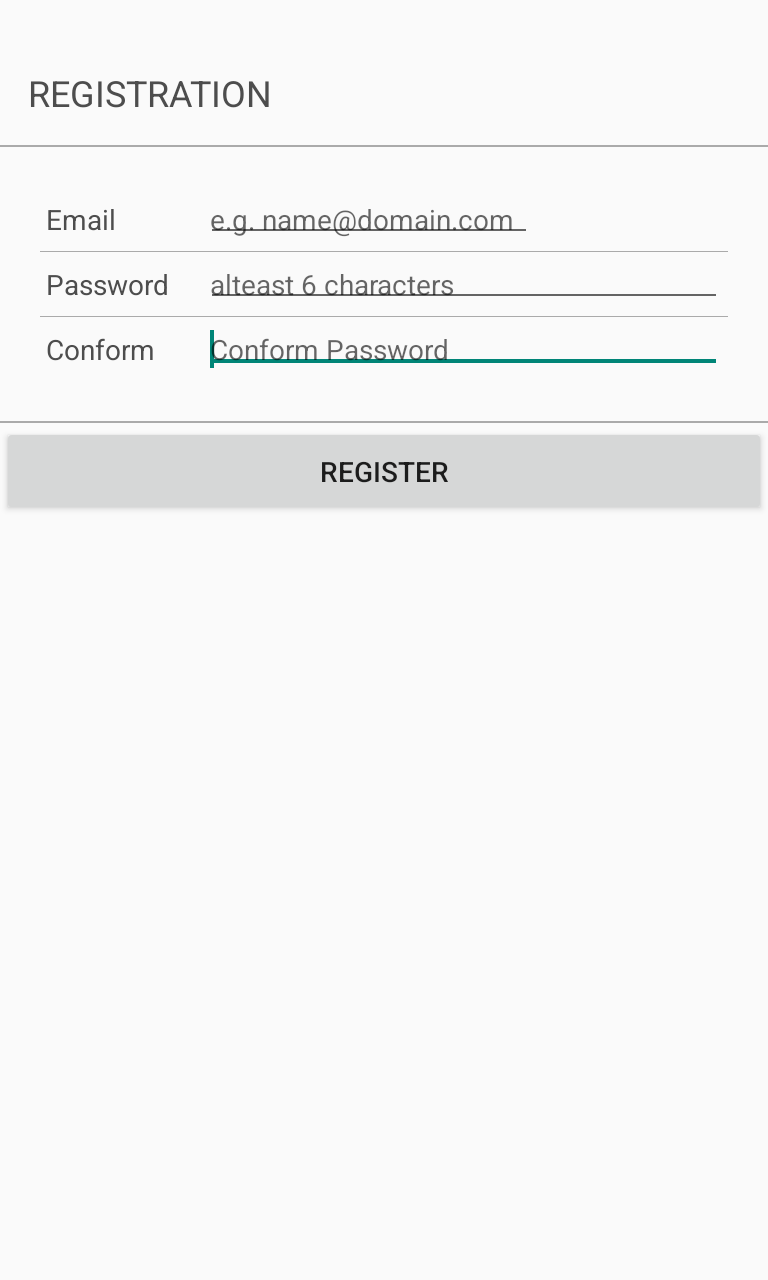
Repository: lMayuraDevani/BrentBrown
Layout: BrentBrown/res/layout/register.xml
An editor plug-in stored every save of this project. The layout is shown before and after the next save, followed by the edit.
It is drawn on a 768 x 1280 px phone screen (xhdpi) without system bars, with theme AppTheme; the app's code is not run.

Above is the layout before, as saved 2014-11-12 09:32:49.

### BrentBrown/res/layout/register.xml
<?xml version="1.0" encoding="utf-8"?>
<LinearLayout xmlns:android="http://schemas.android.com/apk/res/android"
    android:layout_width="match_parent"
    android:layout_height="match_parent"
    android:orientation="vertical" >


    <TextView
        android:id="@+id/textView1"
        android:layout_width="wrap_content"
        android:layout_height="wrap_content"
        android:layout_marginTop="20dp"
        android:padding="14dp"
        android:text="@string/registration_lable"
        android:textColor="@color/dark_gray_for_front"
        android:textAppearance="?android:attr/textAppearanceMedium" />


    <View
	   android:layout_width="fill_parent"
	   android:layout_height="1dp"
	   android:background="@android:color/darker_gray" />

    <LinearLayout
                android:layout_width="fill_parent"
                android:layout_height="wrap_content"
                android:padding="20dp"
                android:orientation="vertical" >

      <LinearLayout
                android:layout_width="fill_parent"
                android:layout_height="wrap_content"
                android:padding="2dp"
                android:orientation="horizontal" >

                <TextView
                    android:id="@+id/emaillbl"
                    android:layout_width="80dp"
                    android:layout_height="wrap_content"
                    android:layout_gravity="center"
                    android:padding="01dp"
                    android:text="Email"
                    android:textColor="@color/dark_gray_for_front"
                    android:textAppearance="?android:attr/textAppearanceSmall" />

                <EditText
                    android:id="@+id/emailtxt"
                    android:layout_width="wrap_content"
                    android:layout_height="wrap_content"
                    android:ems="10"
                    android:hint="e.g. name@domain.com"
                    android:padding="3dp"
                    android:textColor="@android:color/darker_gray"
                    android:textAppearance="?android:attr/textAppearanceSmall"
                    >

                    <requestFocus />
                </EditText>
            </LinearLayout>

       <View
	   android:layout_width="fill_parent"
	   android:layout_height="0.25dp"
	   android:padding="1dp"
	   android:background="@android:color/darker_gray" />

      <LinearLayout
                android:layout_width="fill_parent"
                android:layout_height="wrap_content"
                android:padding="2dp"
                android:orientation="horizontal" >

                <TextView
                    android:id="@+id/pass"
                    android:layout_width="80dp"
                    android:layout_height="wrap_content"
                    android:layout_gravity="center"
                    android:padding="01dp"
                    android:text="Password"
                    android:textColor="@color/dark_gray_for_front"
                    android:textAppearance="?android:attr/textAppearanceSmall" />

                  <EditText
                    android:id="@+id/passwordtxt"
                    android:layout_width="match_parent"
                    android:layout_height="wrap_content"
                    android:ems="10"
                    android:hint="alteast 6 characters"
                    android:inputType="textPassword"
                    android:padding="3dp"
                    android:textAppearance="?android:attr/textAppearanceSmall"
                    android:textColor="@android:color/darker_gray" >

                    <requestFocus />
                </EditText>
            </LinearLayout>

      <View
	   android:layout_width="fill_parent"
	   android:layout_height="0.25dp"
	   android:padding="1dp"
	   android:background="@android:color/darker_gray" />

            <LinearLayout
                android:layout_width="fill_parent"
                android:layout_height="wrap_content"
                android:padding="2dp"
                android:orientation="horizontal" >

                <TextView
                    android:id="@+id/conformpass"
                    android:layout_width="80dp"
                    android:layout_height="wrap_content"
                    android:layout_gravity="center"
                    android:padding="01dp"
                    android:text="Conform"
                    android:textColor="@color/dark_gray_for_front"
                    android:textAppearance="?android:attr/textAppearanceSmall" />

                <EditText
                    android:id="@+id/cpasswordtxt"
                    android:layout_width="match_parent"
                    android:layout_height="wrap_content"
                    android:ems="10"
                    android:hint="Conform Password"
                    android:inputType="textPassword"
                    android:padding="3dp"
                    android:textAppearance="?android:attr/textAppearanceSmall"
                    android:textColor="@android:color/darker_gray" >

                    <requestFocus />
                </EditText>
            </LinearLayout>
      </LinearLayout>

     <View
	   android:layout_width="fill_parent"
	   android:layout_height="1dp"
	   android:background="@android:color/darker_gray" />

       <Button
                android:id="@+id/register"
                android:layout_width="fill_parent"
                android:layout_height="wrap_content"
                android:layout_below="@+id/login"
                android:text="Register" />

</LinearLayout>

### BrentBrown/res/values/styles.xml
<resources xmlns:android="http://schemas.android.com/apk/res/android">

    <style name="AppBaseTheme" parent="Theme.AppCompat"></style>

    <!-- Application theme. -->
    <style name="AppTheme" parent="AppBaseTheme">
        <item name="actionBarStyle">@style/CustomizedActionbar</item>
        <item name="actionBarTabStyle">@style/CustomizedActionbarTabs</item>
        <item name="android:actionBarStyle">@style/CustomizedActionbar</item>
        <item name="android:actionBarTabStyle">@style/CustomizedActionbarTabs</item>
    </style>

    <!-- ActionBar styles -->
    <style name="CustomizedActionbar" parent="@style/Widget.AppCompat.ActionBar">
        <item name="android:background">@color/ActionBarColor</item>

        <!-- Support library compatibility -->
        <item name="background">@color/ActionBarColor</item>
        <item name="android:divider">@drawable/tabdivider</item>
    </style>

    <!-- ActionBar tabs styles -->
    <style name="CustomizedActionbarTabs" parent="@style/Widget.AppCompat.ActionBar.TabView">

        <!-- tab indicator -->
        <item name="android:background">@drawable/actionbar_tab_indicator</item>
        <item name="android:divider">@drawable/tabdivider</item>

        <!-- Support library compatibility -->
        <item name="background">@drawable/actionbar_tab_indicator</item>
    </style>

</resources>

### BrentBrown/res/drawable/actionbar_tab_indicator.xml
<?xml version="1.0" encoding="utf-8"?>
<selector xmlns:android="http://schemas.android.com/apk/res/android">

<!-- STATES WHEN BUTTON IS NOT PRESSED -->

    <!-- Non focused states -->
    <item android:state_focused="false" android:state_selected="false"
          android:state_pressed="false"

          android:drawable="@drawable/tab_unselected" />
    <item android:state_focused="false" android:state_selected="true"
          android:state_pressed="false"

          android:drawable="@drawable/tab_selected" />

    <!-- Focused states (such as when focused with a d-pad or mouse hover) -->
    <item android:state_focused="true" android:state_selected="false"
          android:state_pressed="false"
          android:drawable="@drawable/tab_unselected_focused" />
    <item android:state_focused="true" android:state_selected="true"
          android:state_pressed="false"
          android:drawable="@drawable/tab_selected_focused" />


<!-- STATES WHEN BUTTON IS PRESSED -->

    <!-- Non focused states -->
    <item android:state_focused="false" android:state_selected="false"
          android:state_pressed="true"
          android:drawable="@drawable/tab_unselected_pressed" />
    <item android:state_focused="false" android:state_selected="true"
        android:state_pressed="true"
        android:drawable="@drawable/tab_selected_pressed" />

    <!-- Focused states (such as when focused with a d-pad or mouse hover) -->
    <item android:state_focused="true" android:state_selected="false"
          android:state_pressed="true"
          android:drawable="@drawable/tab_unselected_pressed" />
    <item android:state_focused="true" android:state_selected="true"
          android:state_pressed="true"
          android:drawable="@drawable/tab_selected_pressed" />
</selector>

### BrentBrown/res/drawable/tabdivider.xml
<?xml version="1.0" encoding="utf-8"?>
<shape xmlns:android="http://schemas.android.com/apk/res/android"
    android:shape="line"  >

      <size android:width="2dp" android:height="10dp"/>
    <solid android:color="@color/BorderGrayColor" />
    <padding android:left="15dp" android:top="15dp" />

</shape>

### BrentBrown/res/values/color.xml
<?xml version="1.0" encoding="utf-8"?>
<resources>

    <color name="gray_list_item">#E5E5E5</color>
    <color name="gray_backgroound">#EEEEEE</color>
    <color name="gray_border">#b6b6b6</color>
    <color name="ActionBarColor">#25C389</color>
    <color name="BorderGrayColor">#CED8D8</color>
    <color name="OrangeTabColor">#F5963C</color>
    <color name="TurquoiseBlueTabColor">#05AEAA</color>
    <color name="MediumGrayBackColor">#D8D8D8</color>
    <color name="list_item_title">#444444</color>
    <color name="list_item_subtitle">#929292</color>
    <color name="dark_gray_for_front">#4d4d4d</color>



</resources>

### BrentBrown/res/drawable/tab_unselected.xml
<shape xmlns:android="http://schemas.android.com/apk/res/android"
    android:shape="rectangle" >

    <solid android:color="@color/OrangeTabColor" />

</shape>

### BrentBrown/res/drawable/tab_selected.xml
<?xml version="1.0" encoding="utf-8"?>
<shape xmlns:android="http://schemas.android.com/apk/res/android"
    android:shape="rectangle" >

    <solid android:color="@color/TurquoiseBlueTabColor" />



</shape>

### BrentBrown/res/drawable/tab_unselected_focused.xml
<shape xmlns:android="http://schemas.android.com/apk/res/android"
    android:shape="rectangle" >



   <solid android:color="@color/OrangeTabColor"/>

</shape>

### BrentBrown/res/drawable/tab_selected_focused.xml
<?xml version="1.0" encoding="utf-8"?>
<shape xmlns:android="http://schemas.android.com/apk/res/android"
    android:shape="rectangle" >



 <solid android:color="@color/TurquoiseBlueTabColor" />



</shape>

### BrentBrown/res/drawable/tab_unselected_pressed.xml
<shape xmlns:android="http://schemas.android.com/apk/res/android"
    android:shape="rectangle" >



    <solid android:color="@color/OrangeTabColor" />

</shape>

### BrentBrown/res/drawable/tab_selected_pressed.xml
<?xml version="1.0" encoding="utf-8"?>
<shape xmlns:android="http://schemas.android.com/apk/res/android"
    android:shape="rectangle" >
    <solid android:color="@color/TurquoiseBlueTabColor" />

</shape>

### BrentBrown/res/values/strings.xml
<?xml version="1.0" encoding="utf-8"?>
<resources>

    <string name="app_name"> Brent Brown</string>
    <string name="title_garage"> Garage</string>
    <string name="title_showroom"> Showroom</string>
    <string name="title_specials"> Specials</string>
    <string name="title_tools"> Tools</string>
    <string name="title_extra"> More</string>

    <string name="title_ServiceHistory">Service</string>
    <string name="title_Appointments">Appontments</string>
    <string name="title_Message">Message</string>

    <string name="hello_world">Hello world!</string>
    <string name="action_settings">Settings</string>

    <string name="menu_settings">Settings</string>
    <string name="pull_to_refresh_pull_label">Pull to refresh...</string>
    <string name="pull_to_refresh_release_label">Release to refresh...</string>
    <string name="pull_to_refresh_refreshing_label">Loading...</string>
    <string name="pull_to_refresh_tap_label">Tap to refresh...</string>
    <string name="registration_lable">REGISTRATION</string>


</resources>

Loaded but not shown: BrentBrown/res/values-v11/styles.xml (common file); BrentBrown/res/values-v14/styles.xml (common file)

After the next save:
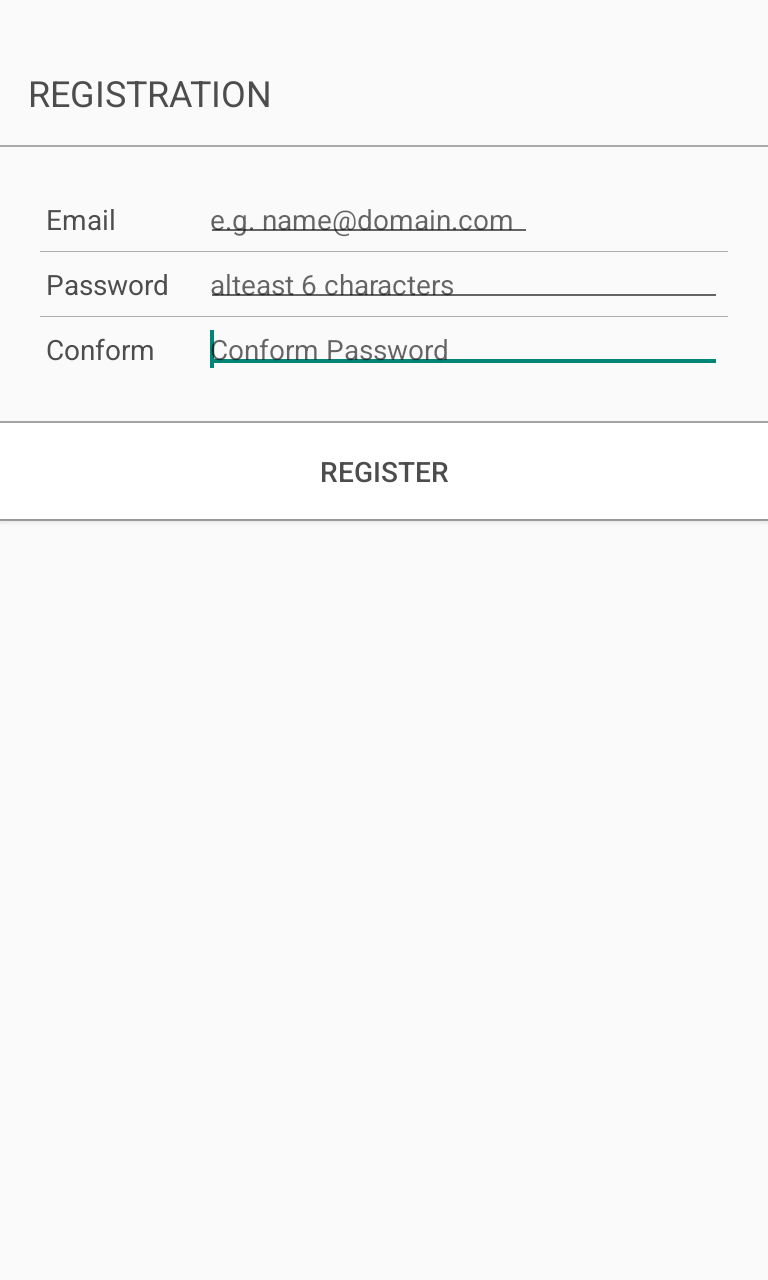
Saved 80 s later.
--- a/BrentBrown/res/layout/register.xml
+++ b/BrentBrown/res/layout/register.xml
@@ -143,6 +143,13 @@
                 android:layout_width="fill_parent"
                 android:layout_height="wrap_content"
                 android:layout_below="@+id/login"
+                android:background="@android:color/white"
+                android:textColor="@color/dark_gray_for_front"
                 android:text="Register" />
 
+         <View
+	   android:layout_width="fill_parent"
+	   android:layout_height="1dp"
+	   android:background="@android:color/darker_gray" />
+
 </LinearLayout>
